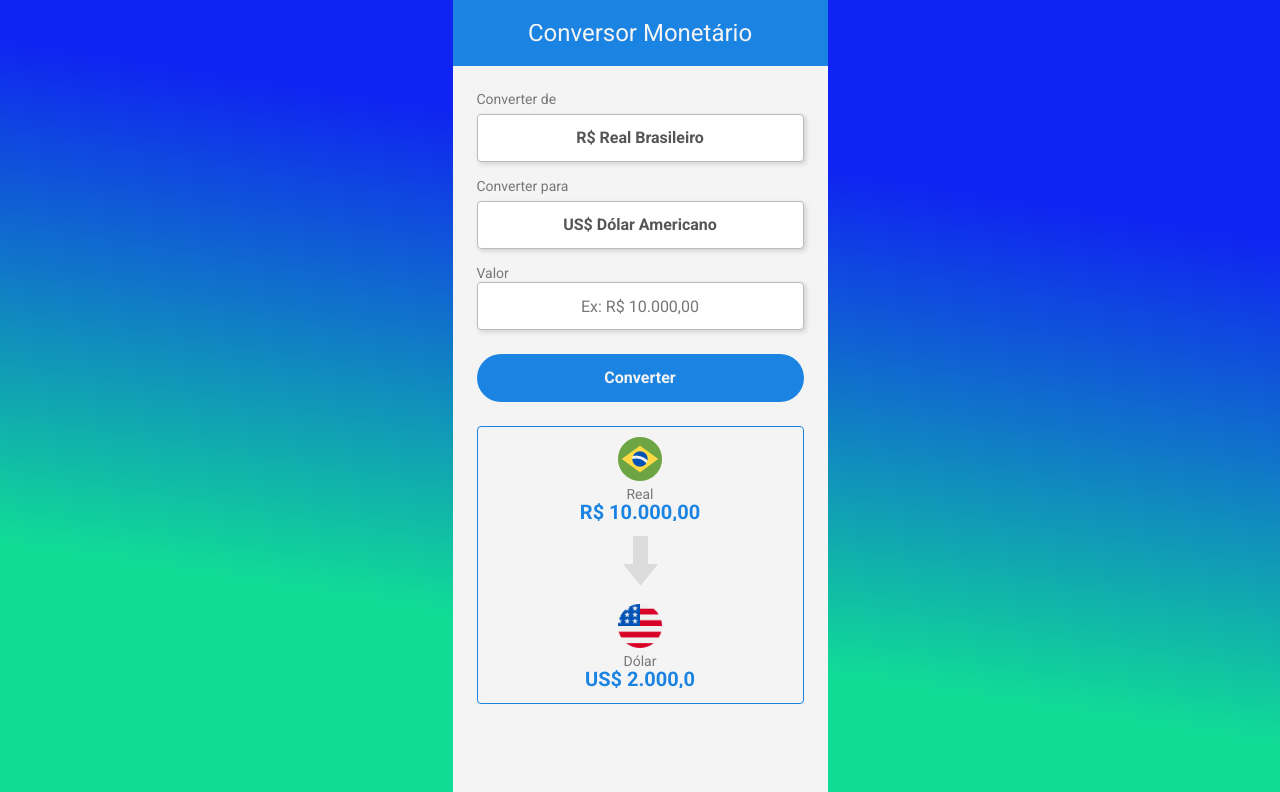
Repository: isayrous/coin-converter
Page: index.html
The author's editor kept a copy of each file at every save. The page is drawn from the files as they stood at one save, then again after the next save.
The browser window is 1280 px wide. The pictures show the whole page.

Above is the page before, as saved 2022-11-02 21:50:12.

After the next save:
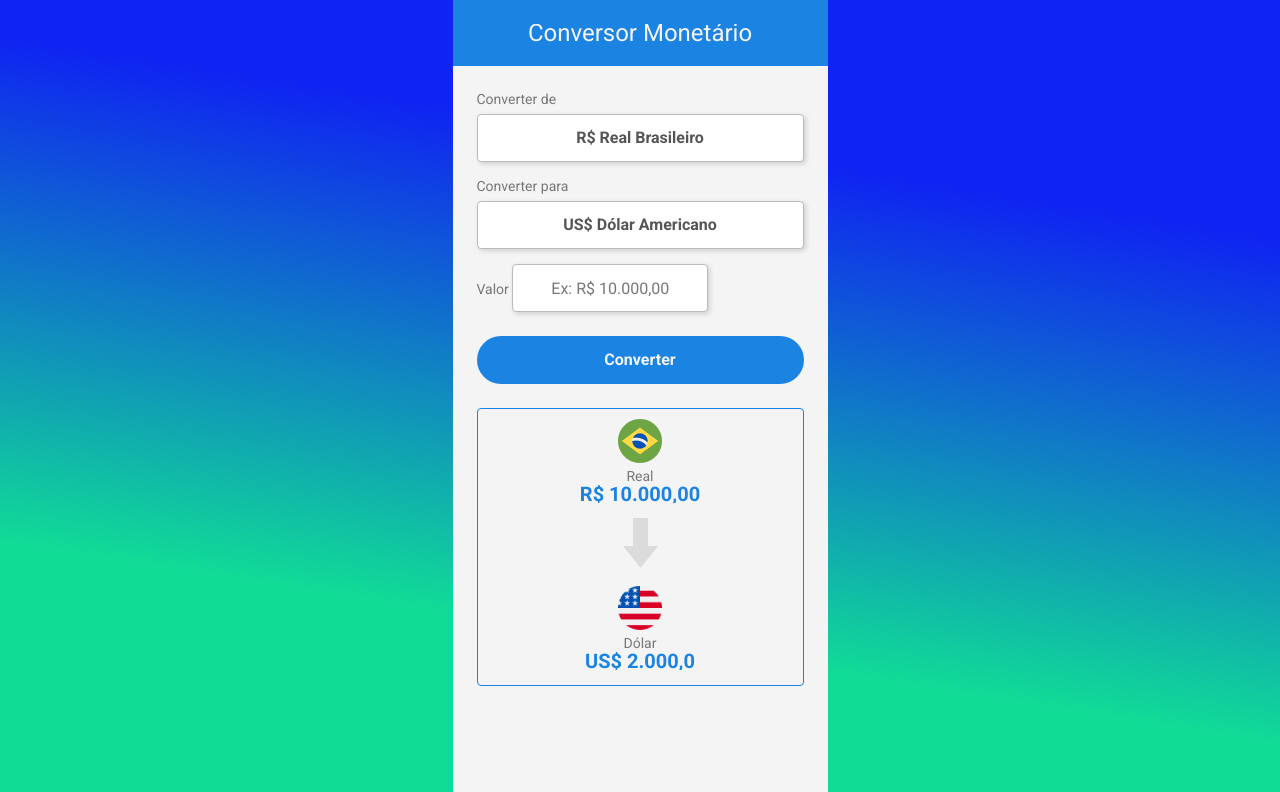
Saved 36 s later.
--- a/style.css
+++ b/style.css
@@ -67,7 +67,6 @@
 }
 
 input{
-    width: 327px;
     height: 48px;
     background: #FFFFFF;
     border: 1px solid #BBBBBB;

After the save that followed:
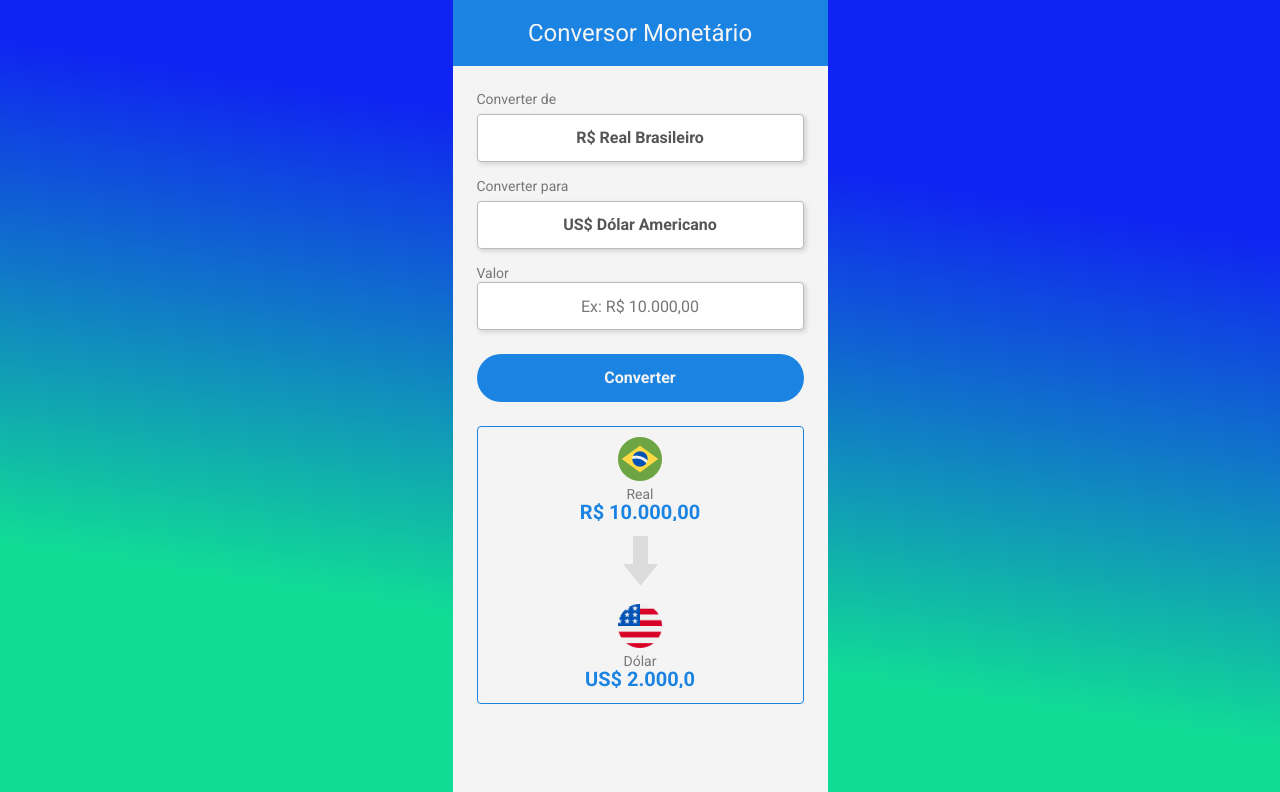
Saved 5 s later.
--- a/style.css
+++ b/style.css
@@ -67,6 +67,7 @@
 }
 
 input{
+    width: 327px;
     height: 48px;
     background: #FFFFFF;
     border: 1px solid #BBBBBB;
